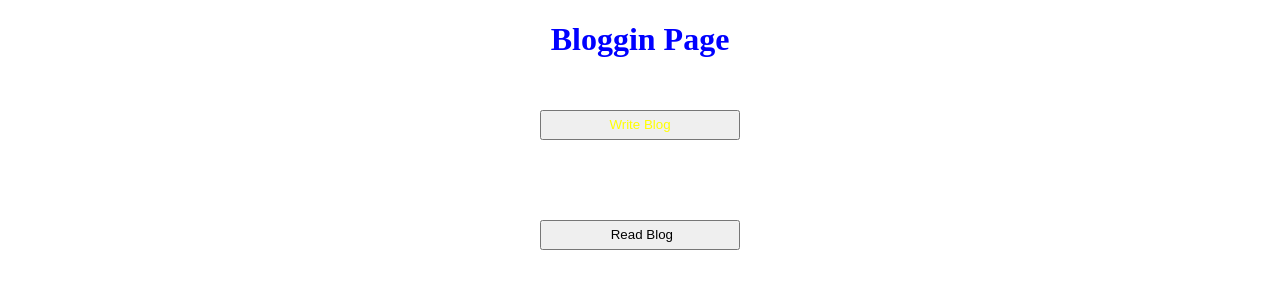
Repository: choubeyshubham018/CompleteJavaQuestions
Page: http://localhost/Ques_17_ServletBlogApplication/
The author's editor kept a copy of each file at every save. The page is drawn from the files as they stood at one save, then again after the next save.
The browser window is 1280 px wide. The pictures show the whole page.
The page is served by Tomcat 9.

Above is the page before, as saved 2023-09-19 06:30:47.

After the next save:
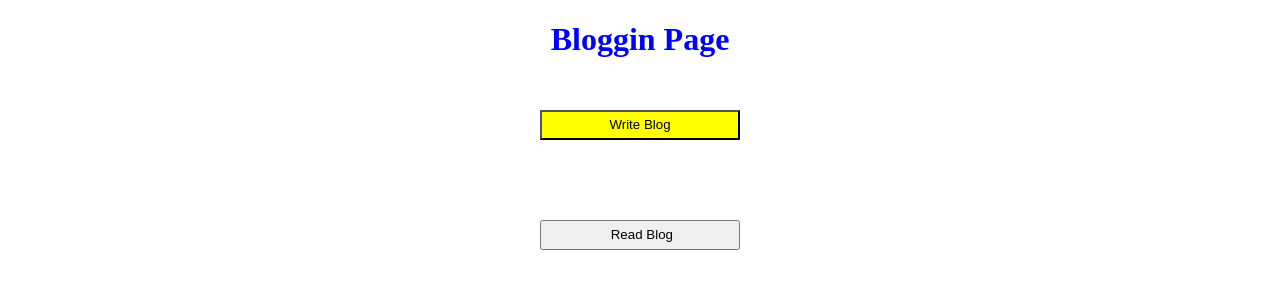
Saved 33 s later.
--- a/Servlet Assignment/Ques_17_ServletBlogApplication/src/main/webapp/index.jsp
+++ b/Servlet Assignment/Ques_17_ServletBlogApplication/src/main/webapp/index.jsp
@@ -12,7 +12,7 @@
 <div style="display: flex; justify-content: center; height: 200px; flex-direction: column;align-items: center;">
 <div style="padding: 10px; margin: 30px;">
 <form action="./blog & s1=save %">
-<input type="submit" value="Write Blog" style="height: 30px;width: 200px; color: yellow">
+<input type="submit" value="Write Blog" style="height: 30px;width: 200px; color: black; background-color: yellow;" >
 </form>
 </div>
 <div style="padding: 10px; margin: 30px;">
